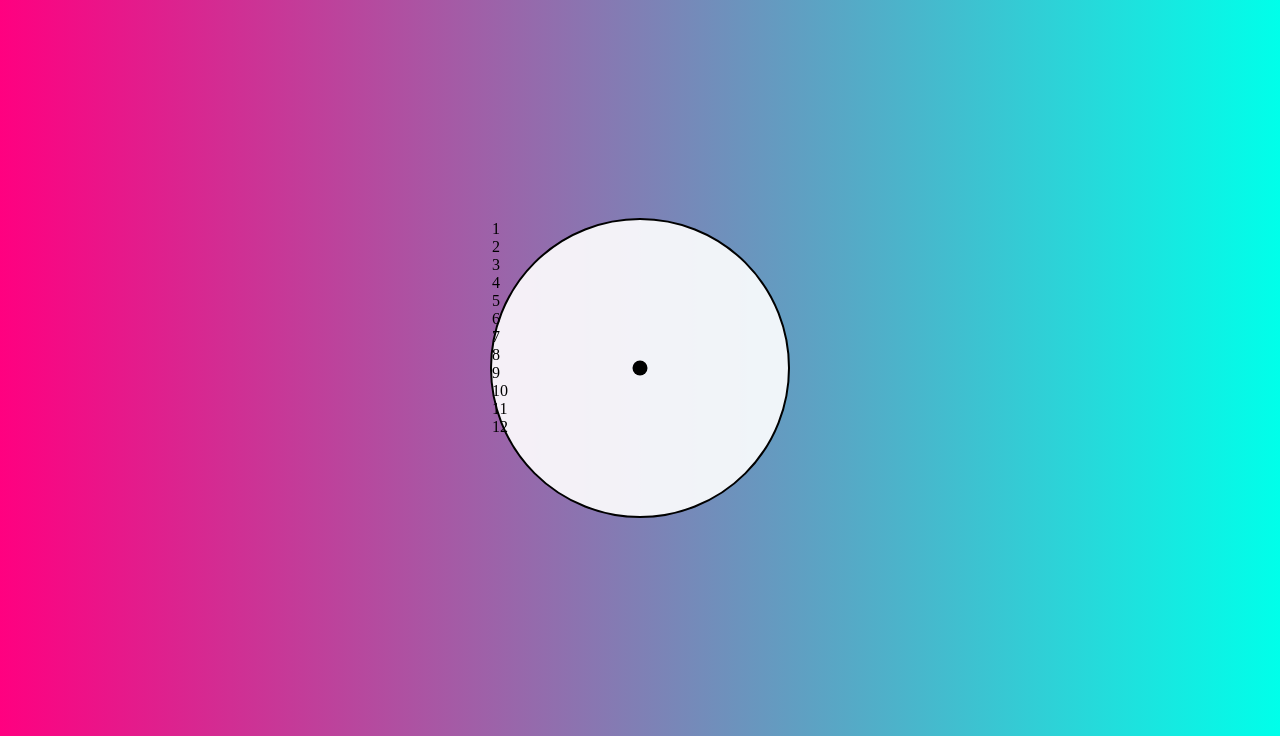
Repository: TUTJAL/createmywatch
Page: watch.html
An editor plug-in stored every save of this project. The page is shown before and after the next save, followed by the edit.
The browser window is 1280 px wide. The pictures show the whole page.

Above is the page before, as saved 2024-05-01 11:39:24.
Console error: ReferenceError: scr is not defined

After the next save:
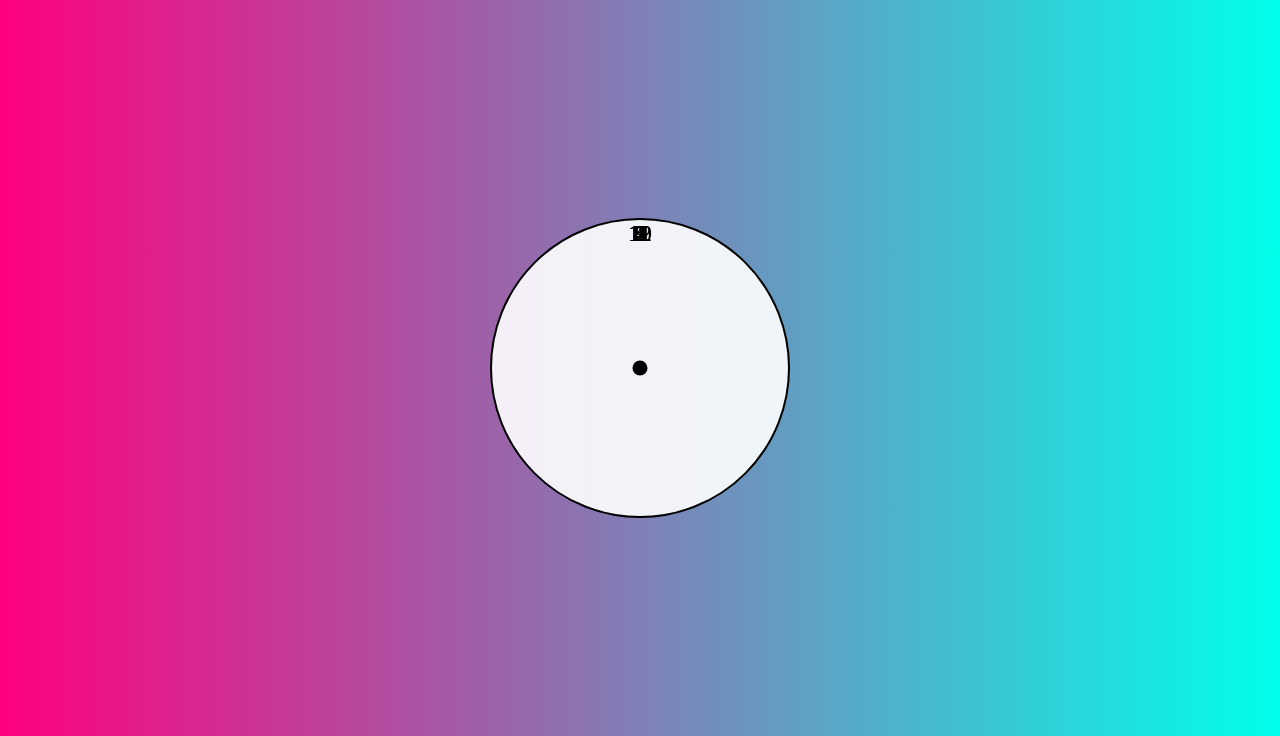
Saved 18 s later.
--- a/watch.css
+++ b/watch.css
@@ -18,7 +18,7 @@
     border: 2px solid black;
     position: relative;
 }
-.clock.number{
+.clock .number{
     --rotation: 0;
     position: absolute;
     width: 100%;

After the save that followed:
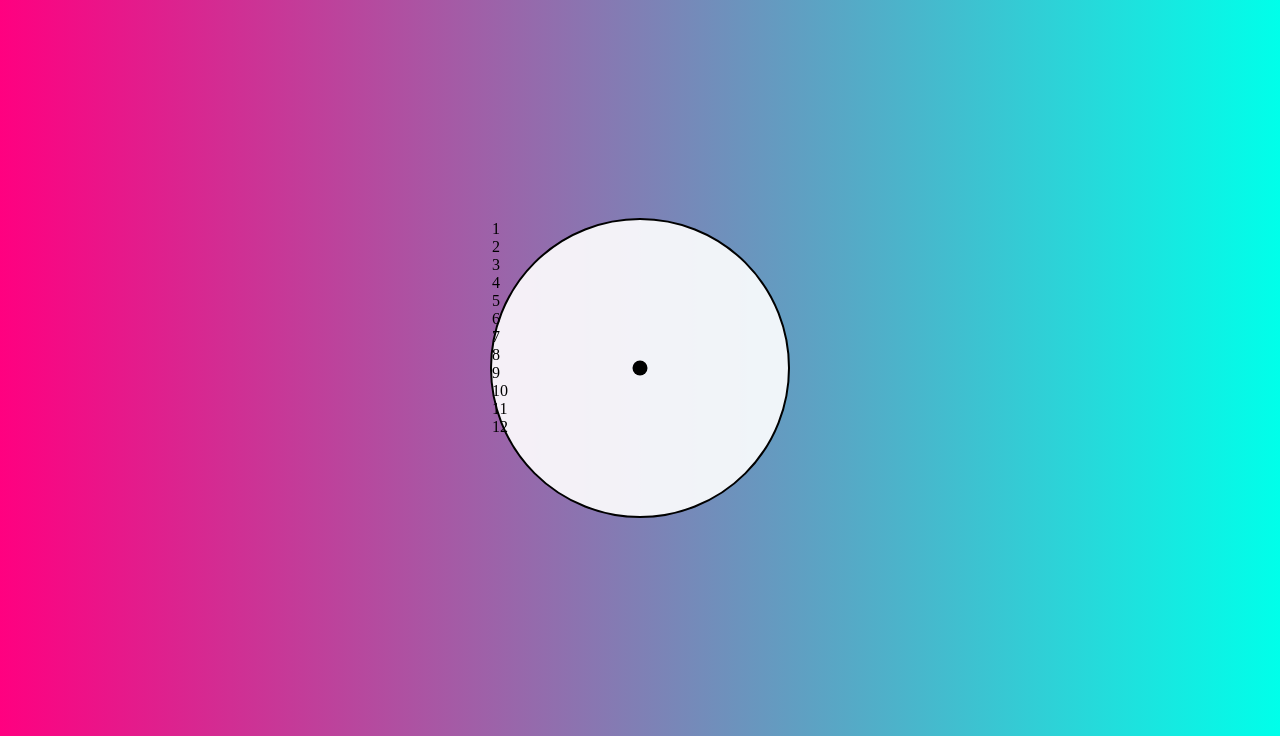
Saved 9 s later.
--- a/watch.css
+++ b/watch.css
@@ -18,7 +18,7 @@
     border: 2px solid black;
     position: relative;
 }
-.clock .number{
+.clock.number{
     --rotation: 0;
     position: absolute;
     width: 100%;
